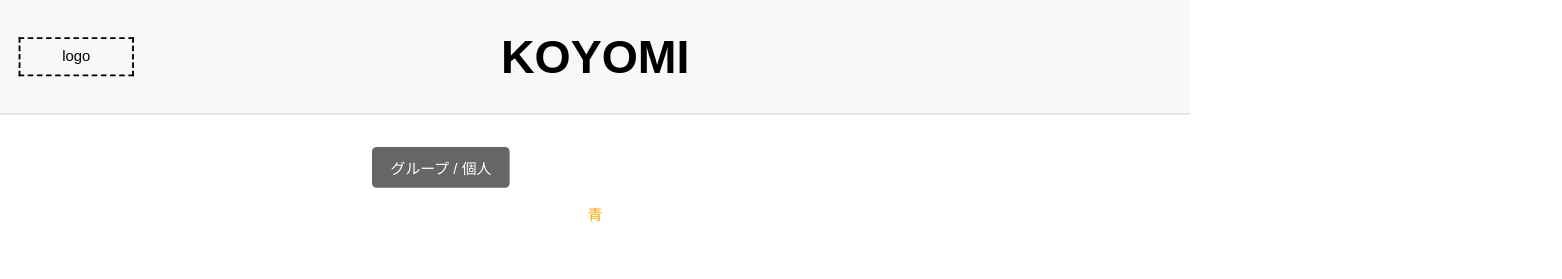
Repository: teramu0602/koyomi
Page: http://localhost/grouplist
The author's editor kept a copy of each file at every save. The page is drawn from the files as they stood at one save, then again after the next save.
The browser window is 1280 px wide. The page is 1280 px wide, then 1680 px, then 1280 px, so the pictures cover 1680 px, including what lies to the right of the window. The pictures show the whole page, at 93% of full size.
Some web fonts or font styles are not loaded; a fallback is used. The page is served by the project's Laravel application, run on PHP 8.4 with Laravel 9. Style sheets and scripts are compiled from the project's sources, by tool versions that may differ from the author's.

Above is the page before, as saved 2025-02-22 09:43:07.

After the next save:
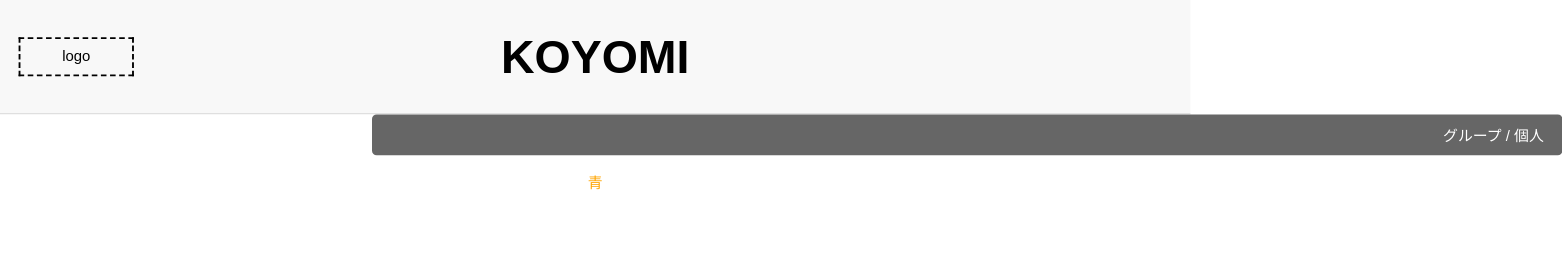
Saved 9 s later.
--- a/public/css/common.admin.css
+++ b/public/css/common.admin.css
@@ -19,7 +19,9 @@
     display: flex !important;
     justify-content: flex-end !important;
 
-
+    margin: 0;
+    width: 100%; /* 親要素の幅に合わせる */
+    display: block; /* 幅を 100% にする */
 }
 .container {
 

After the save that followed:
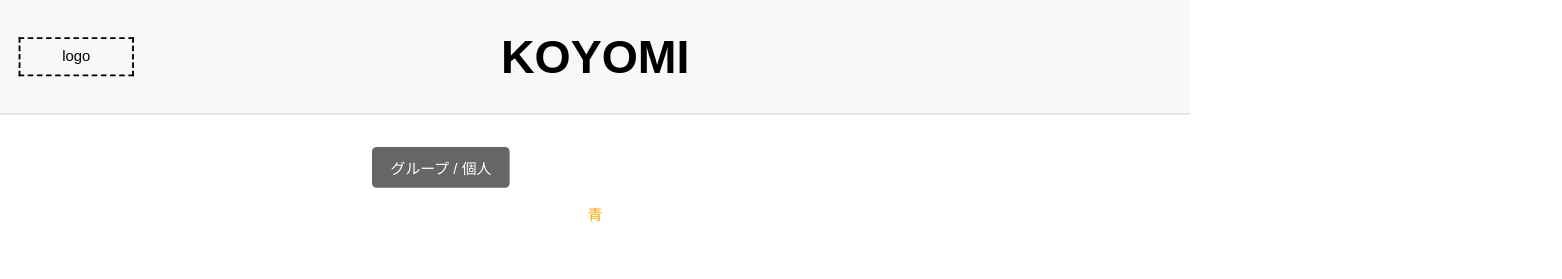
Saved 37 s later.
--- a/public/css/common.admin.css
+++ b/public/css/common.admin.css
@@ -8,20 +8,17 @@
     color: red;
     background-color: aquamarine;
     margin: 0;
-    width: 100%; /* 親要素の幅に合わせる */
-    display: block; /* 幅を 100% にする */
+    width: 100%;
 }
 .purple {
     color: orange;
 }
 
 .switch_button{
-    display: flex !important;
-    justify-content: flex-end !important;
+    display: flex ;
+    justify-content: flex-end ;
 
-    margin: 0;
-    width: 100%; /* 親要素の幅に合わせる */
-    display: block; /* 幅を 100% にする */
+
 }
 .container {
 
